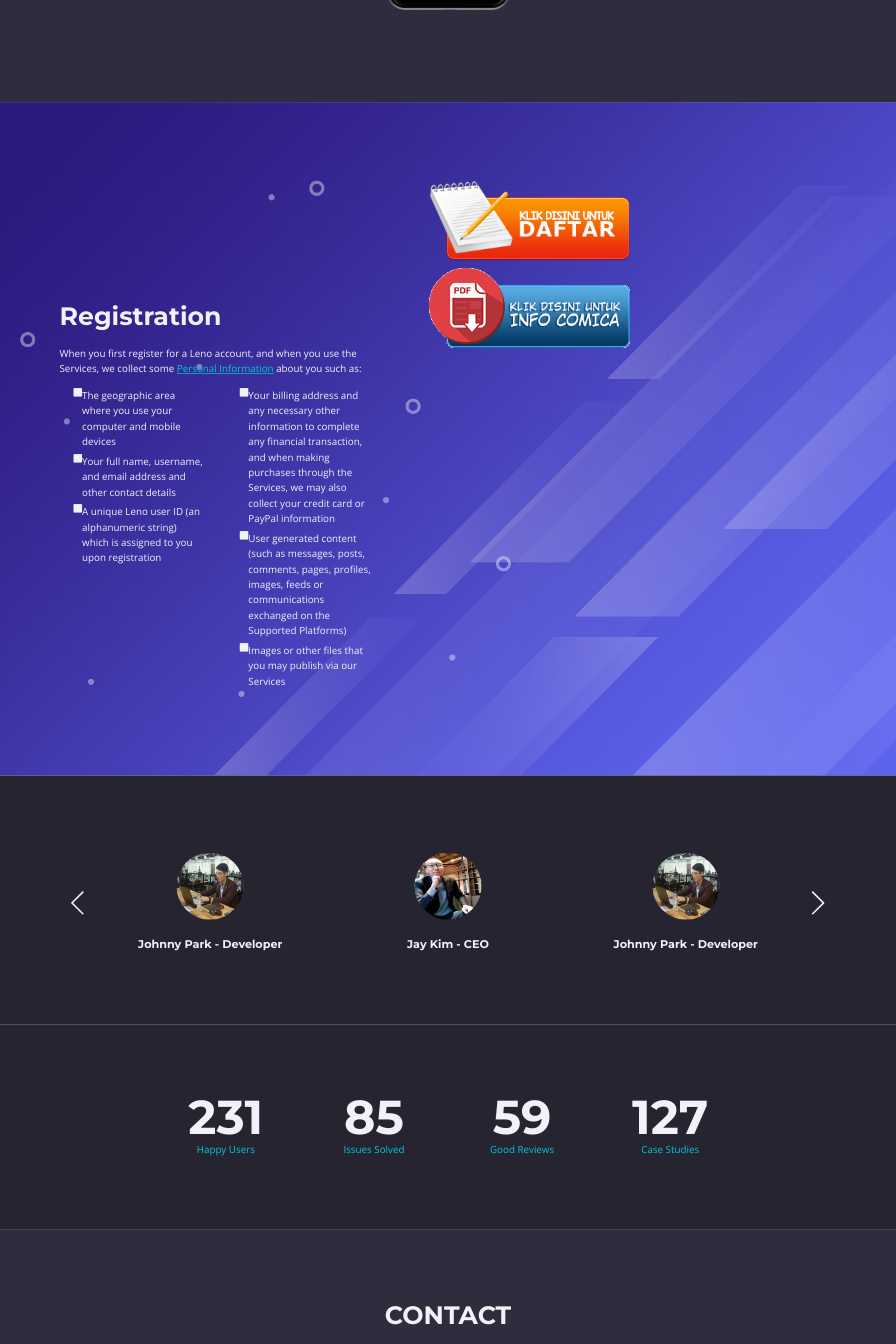
Repository: blackhat97/Homepage
Page: index.html
These files come from the project's save history. The page is drawn as it stood at one moment and after the next save; the edit follows.
The browser window is 1280 px wide. The pictures show the part of the page from y = 1617 to 3537 px (the page is 3931 px tall before and 3859 px after), at 70% of full size.

Above is the page before, as saved 2020-04-03 12:51:29.

After the next save:
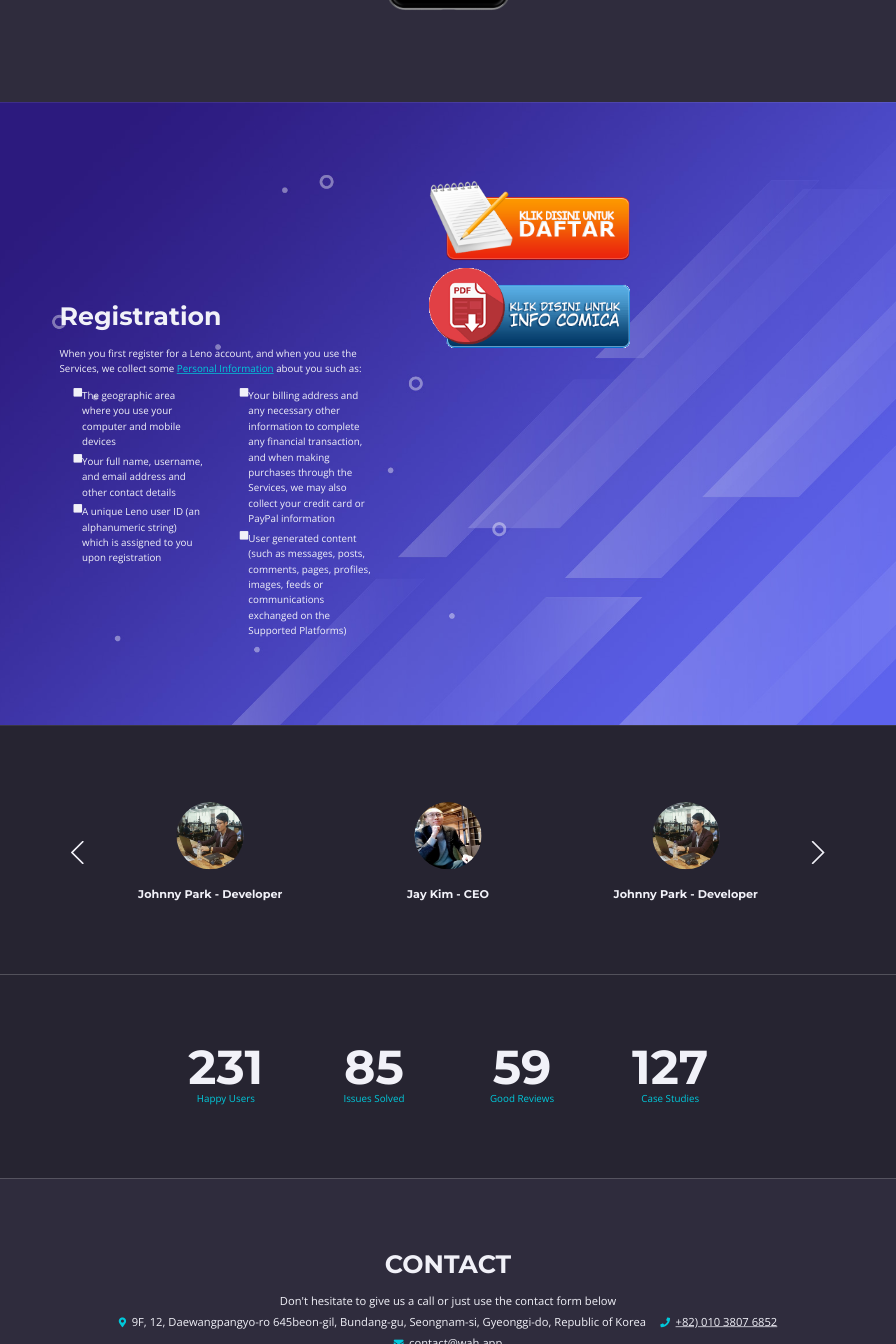
Saved 16 s later.
--- a/index.html
+++ b/index.html
@@ -252,10 +252,6 @@
                                         <i class="fas fa-square"></i>
                                         <div class="media-body">User generated content (such as messages, posts, comments, pages, profiles, images, feeds or communications exchanged on the Supported Platforms)</div>
                                     </li>
-                                    <li class="media">
-                                        <i class="fas fa-square"></i>
-                                        <div class="media-body">Images or other files that you may publish via our Services</div>
-                                    </li>
                                 </ul>
                             </div> <!-- end of col -->
                         </div> <!-- end of row -->
